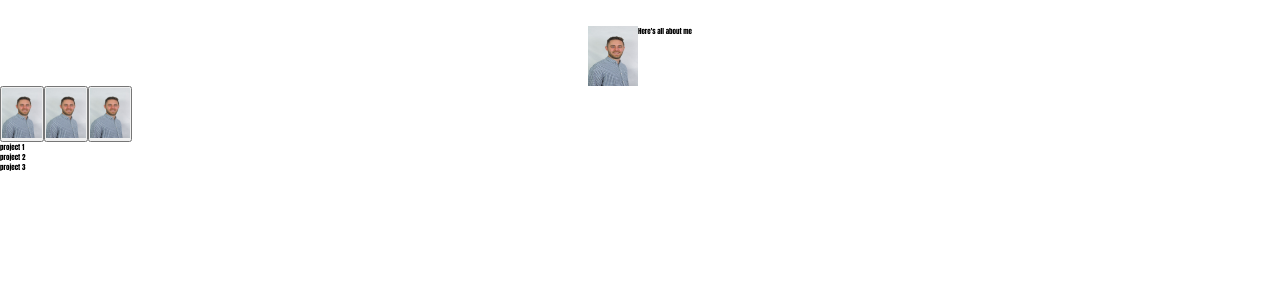
Repository: Kobramall/portfolio-project
Page: /portfolio
The author's editor kept a copy of each file at every save. The page is drawn from the files as they stood at one save, then again after the next save.
The browser window is 1280 px wide. The pictures show the whole page.
The project was rebuilt for these pictures with package versions that can differ from the ones it lists, and the page was loaded fresh each time. Also part of the build but not shown: src/App.css, src/componets/Main.jsx. Imported but missing from the stored project, and not drawn on this page: src/assets/Landscape.mov.

Above is the page before, as saved 2022-11-01 15:19:15.

After the next save:
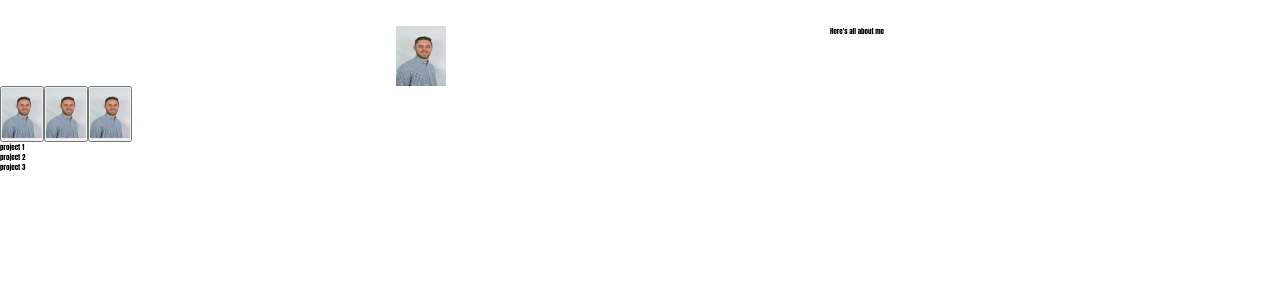
Saved 65 s later.
--- a/src/index.css
+++ b/src/index.css
@@ -53,3 +53,7 @@ video{
   display: flex;
   justify-content: center;
 }
+
+.intro img{
+  margin-right: 30%;
+}
